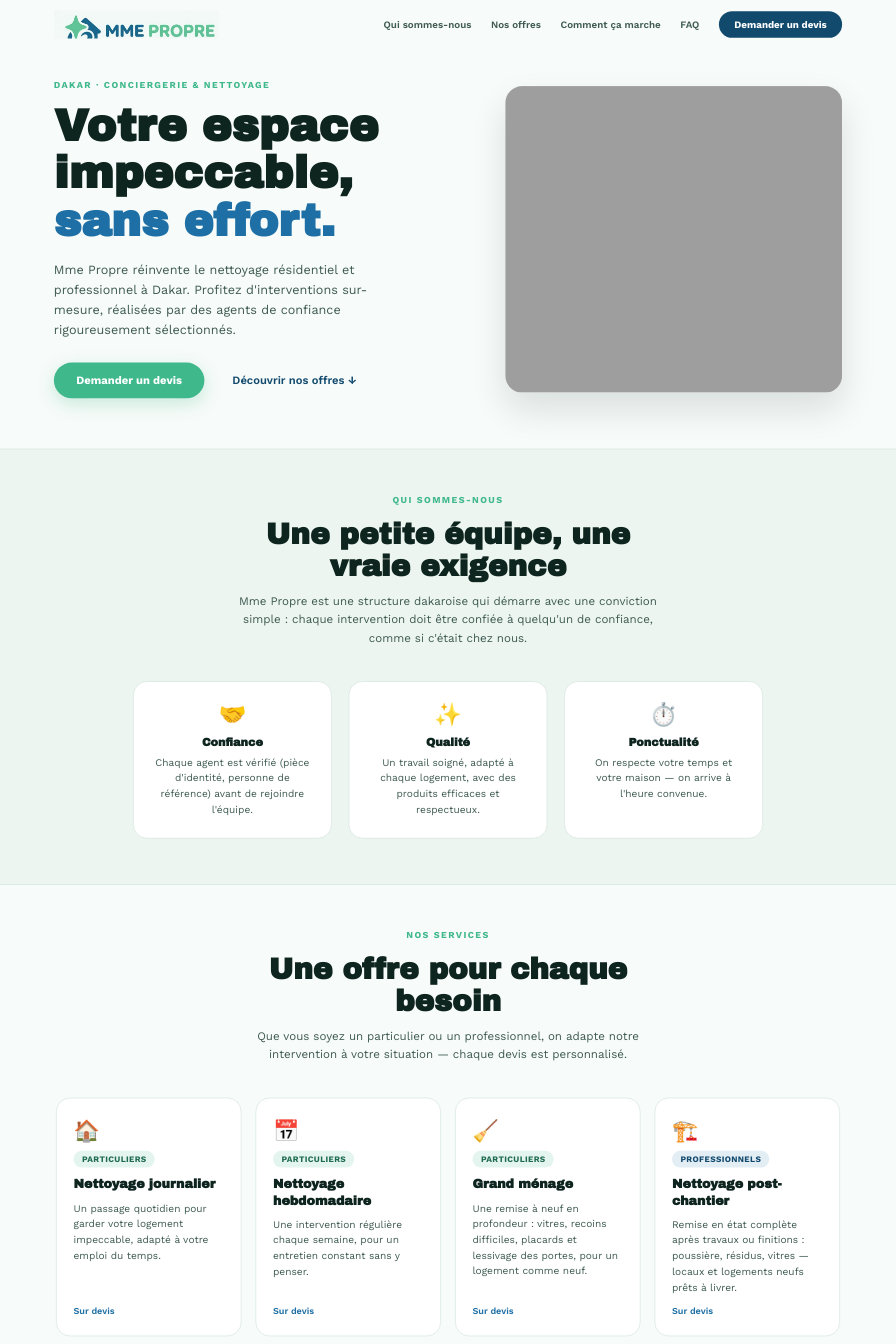
Repository: AntaaaKD/Mme-Propre
Page: index.html
The author's editor kept a copy of each file at every save. The page is drawn from the files as they stood at one save, then again after the next save.
The browser window is 1280 px wide. The pictures show the part of the page from y = 0 to 1920 px (the page is 4381 px tall before and 4384 px after), at 70% of full size.
Pictures or frames that could not be fetched are drawn as grey boxes.

Above is the page before, as saved 2026-07-29 00:22:11.

After the next save:
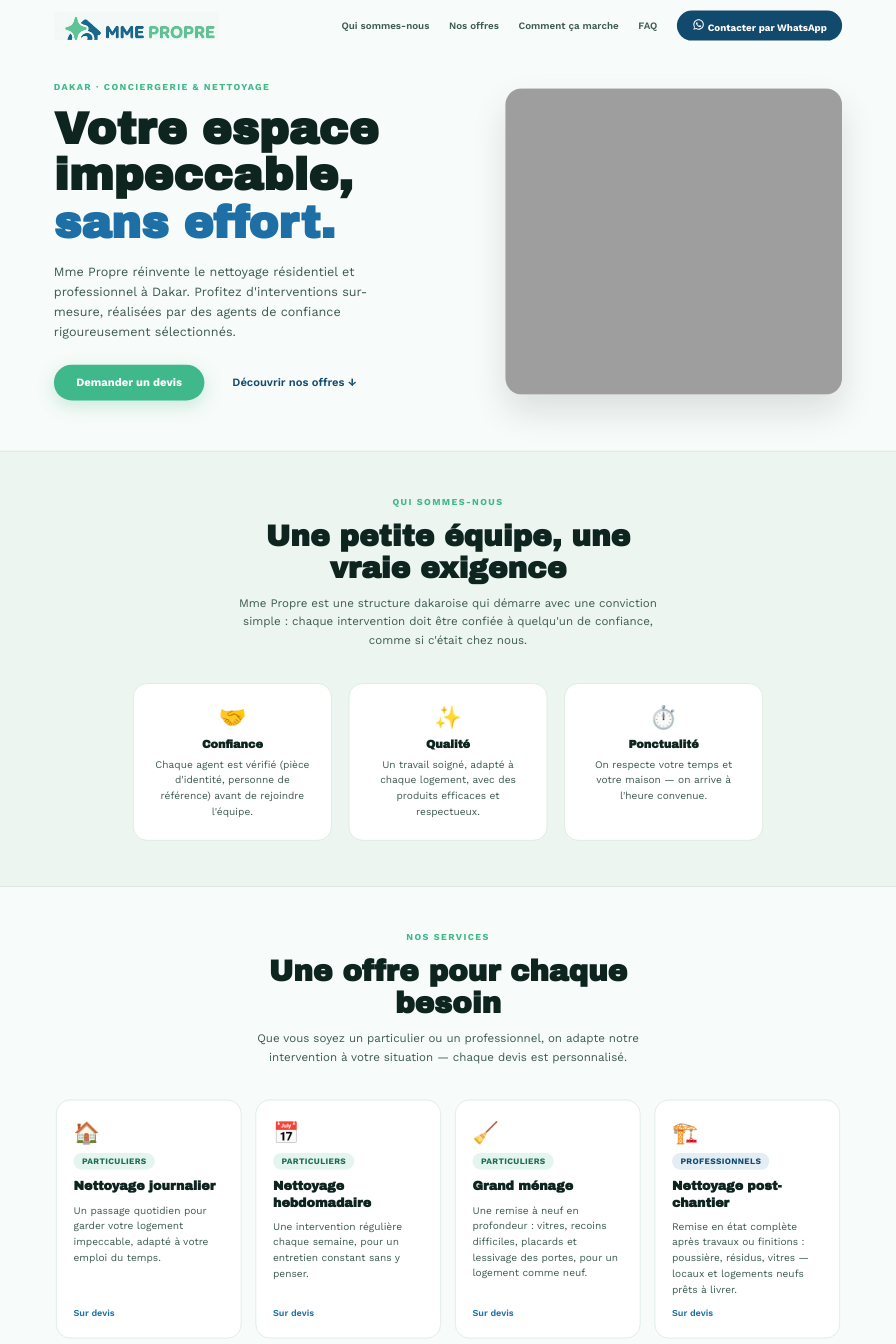
Saved 5 min 0 s later.
--- a/index.html
+++ b/index.html
@@ -202,7 +202,12 @@
     <a class="nav-link" href="#offres">Nos offres</a>
     <a class="nav-link" href="#comment">Comment ça marche</a>
     <a class="nav-link" href="#faq">FAQ</a>
-    <a class="header-cta" href="#devis">Demander un devis</a>
+    <a class="header-cta header-cta-wa" id="header-wa-btn" href="#" target="_blank" rel="noopener">
+  <svg viewBox="0 0 24 24" width="18" height="18" fill="currentColor" aria-hidden="true">
+    <path d="M12 2C6.48 2 2 6.48 2 12c0 1.85.5 3.58 1.38 5.07L2 22l5.11-1.34A9.94 9.94 0 0 0 12 22c5.52 0 10-4.48 10-10S17.52 2 12 2zm0 18c-1.63 0-3.16-.44-4.48-1.21l-.32-.19-3.03.79.81-2.95-.21-.31A7.94 7.94 0 0 1 4 12c0-4.41 3.59-8 8-8s8 3.59 8 8-3.59 8-8 8zm4.36-5.86c-.24-.12-1.42-.7-1.64-.78-.22-.08-.38-.12-.54.12-.16.24-.62.78-.76.94-.14.16-.28.18-.52.06-.24-.12-1.01-.37-1.92-1.19-.71-.63-1.19-1.41-1.33-1.65-.14-.24-.01-.37.11-.49.11-.11.24-.28.36-.42.12-.14.16-.24.24-.4.08-.16.04-.3-.02-.42-.06-.12-.54-1.3-.74-1.78-.19-.46-.39-.4-.54-.4-.14 0-.3-.02-.46-.02s-.42.06-.64.3c-.22.24-.84.82-.84 2s.86 2.32.98 2.48c.12.16 1.7 2.6 4.12 3.64.58.25 1.03.4 1.38.51.58.18 1.11.16 1.53.1.47-.07 1.42-.58 1.62-1.14.2-.56.2-1.04.14-1.14-.06-.1-.22-.16-.46-.28z"/>
+  </svg>
+  <span>Contacter par WhatsApp</span>
+</a>
   </nav>
 </header>
 
